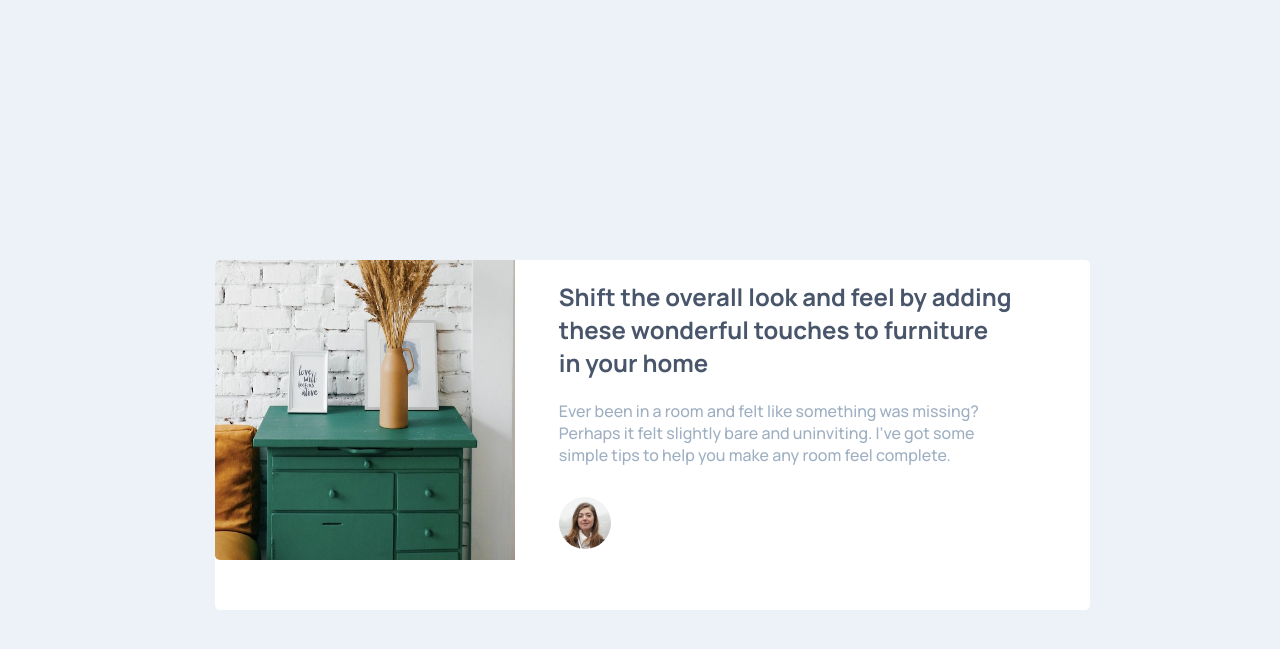
Repository: ricky603/training-css
Page: article-preview-component-master/index.html
These files come from the project's save history. The page is drawn as it stood at one moment and after the next save; the edit follows.
The browser window is 1280 px wide. The pictures show the whole page.

Above is the page before, as saved 2020-09-09 09:04:05.

### article-preview-component-master/index.html
<!DOCTYPE html>
<html lang="en">

<head>
    <meta charset="UTF-8">
    <meta name="viewport" content="width=device-width, initial-scale=1.0">
    <!-- displays site properly based on user's device -->

    <link rel="icon" type="image/png" sizes="32x32" href="./images/favicon-32x32.png">
    <link rel="stylesheet" href="./styles.css">
    <link href="https://fonts.googleapis.com/css2?family=Manrope:wght@500;700&display=swap" rel="stylesheet">

    <title>Frontend Mentor | Article preview component</title>

    <!-- Feel free to remove these styles or customise in your own stylesheet 👍 -->
</head>

<body>
    <div class="article">
        <div id="image">
            <img src="./images/drawers.jpg" class="drawer">
        </div>

        <div class="post">
            <div class="head">
                <h2>Shift the overall look and feel by adding these wonderful touches to furniture in your home</h2>
            </div>
            <div class="body">
                <p>Ever been in a room and felt like something was missing? Perhaps it felt slightly bare and uninviting. I’ve got some simple tips to help you make any room feel complete.</p>
            </div>
            <div class="avatar">
                <img src="./images/avatar-michelle.jpg" class="profile">
            </div>
        </div>
    </div>


</body>

</html>

<!--

  Ever been in a room and felt like something was missing? Perhaps
  it felt slightly bare and uninviting. I’ve got some simple tips
  to help you make any room feel complete.

  Michelle Appleton
  28 Jun 2020

  Share -->

### article-preview-component-master/styles.css
body {
    background-color: hsl(210, 46%, 95%);
}

h2 {
    font-family: 'Manrope';
    font-weight: 700;
}

#image {
    display: inline-block;
}

.post {
    position: absolute;
    width: 52%;
    display: inline-block;
    margin: 0 5% 0 5%;
}

.body {
    position: relative;
    display: inline-block;
    font-family: 'Manrope';
    font-weight: 500;
    font-size: 16px;
    color: hsl(212, 23%, 69%);
    bottom: 15px;
}

.head {
    display: inline-block;
    color: hsl(217, 19%, 35%);
}

.article {
    position: fixed;
    width: 875px;
    height: 350px;
    background-color: white;
    margin: auto;
    top: 50%;
    left: 50%;
    margin-top: -100px;
    margin-left: -425px;
    border-radius: 5px;
}

.drawer {
    width: 300px;
    height: 300px;
    border-radius: 5px 0 0 5px;
}

.attribution {
    font-size: 11px;
    text-align: center;
}

.attribution a {
    color: hsl(228, 45%, 44%);
}

.avatar {
    display: inline-block;
}

.profile {
    height: 30%;
    width: 30%;
    border-radius: 100%;
}

After the next save:
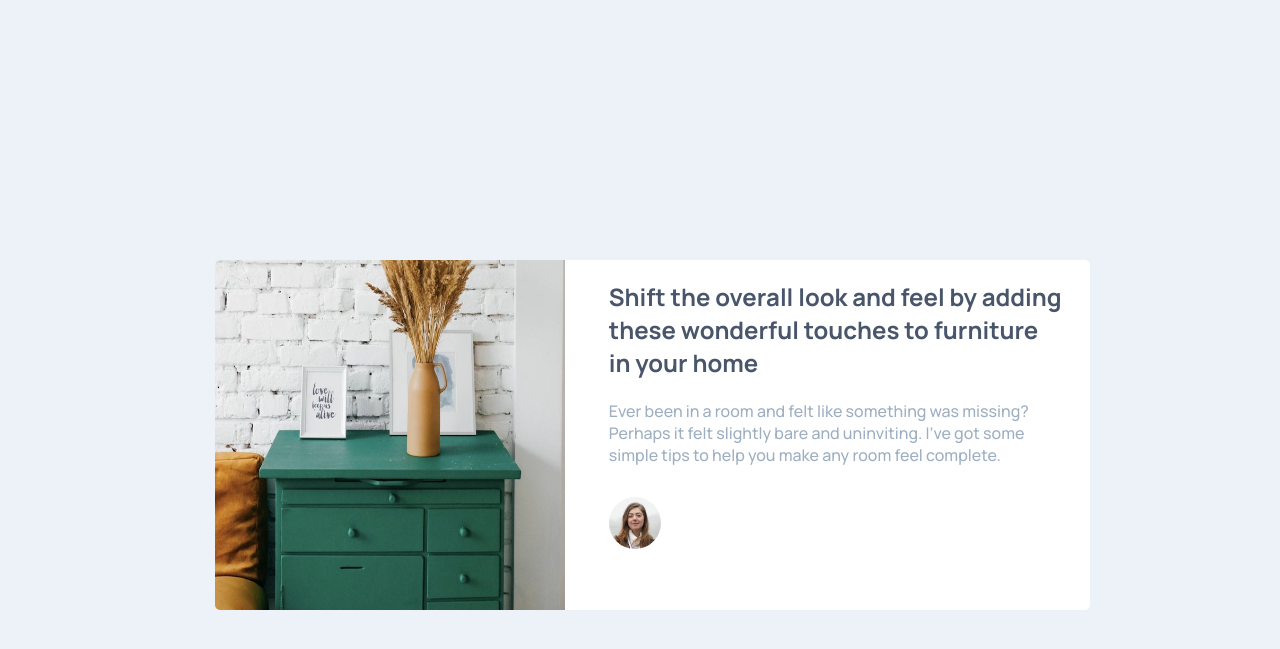
Saved 8 s later.
--- a/article-preview-component-master/styles.css
+++ b/article-preview-component-master/styles.css
@@ -47,8 +47,8 @@ h2 {
 }
 
 .drawer {
-    width: 300px;
-    height: 300px;
+    width: 350px;
+    height: 350px;
     border-radius: 5px 0 0 5px;
 }
 
